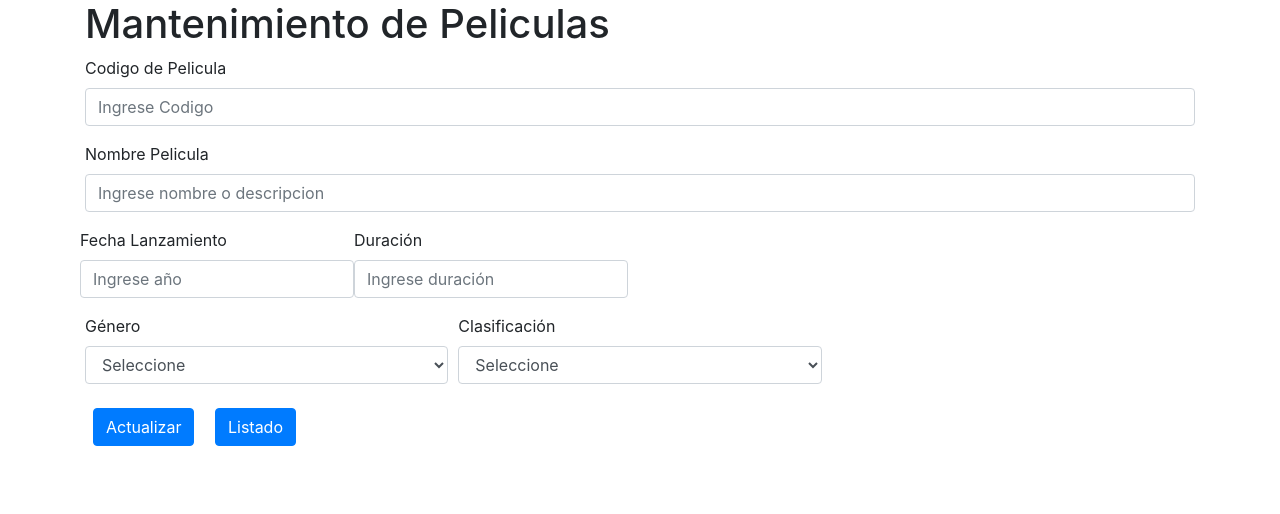
Repository: Adrianzzziny/DAWI_CL2_EscobarAdrian
Page: http://localhost/listado
An editor plug-in stored every save of this project. The page is shown before and after the next save, followed by the edit.
The browser window is 1280 px wide. The pictures show the whole page.
Some web libraries are served in a nearby version. The page is this project's Thymeleaf template; nobody is signed in. The template is opened directly, without the code that normally fills it, so the values that code supplies are empty.

Above is the page before, as saved 2022-05-26 07:30:28.

After the next save:
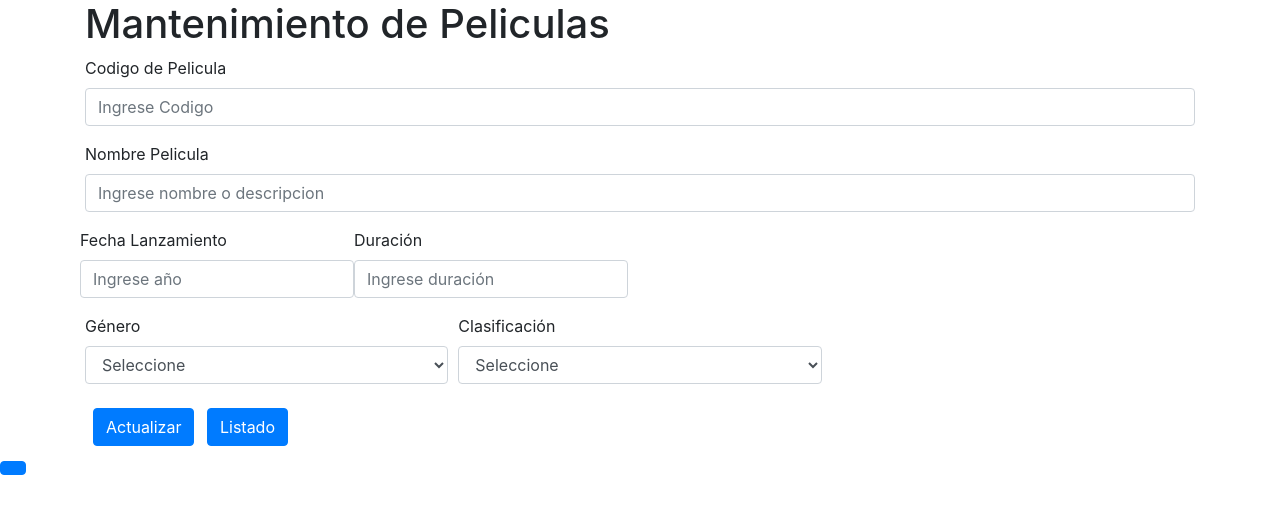
Saved 4 min 39 s later.
--- a/DAWI_CL2_EscobarRodriguezAdrian/src/main/resources/templates/listado.html
+++ b/DAWI_CL2_EscobarRodriguezAdrian/src/main/resources/templates/listado.html
@@ -93,7 +93,7 @@
 
 		<button type="submit" class="btn btn-primary m-2">Actualizar</button>
 
-		<button type="submit" class="btn btn-primary m-2">Listado</button>
+		<a class="btn btn-primary" href="/peliculas/listar">Listado</button>
 
 	</form>
 
